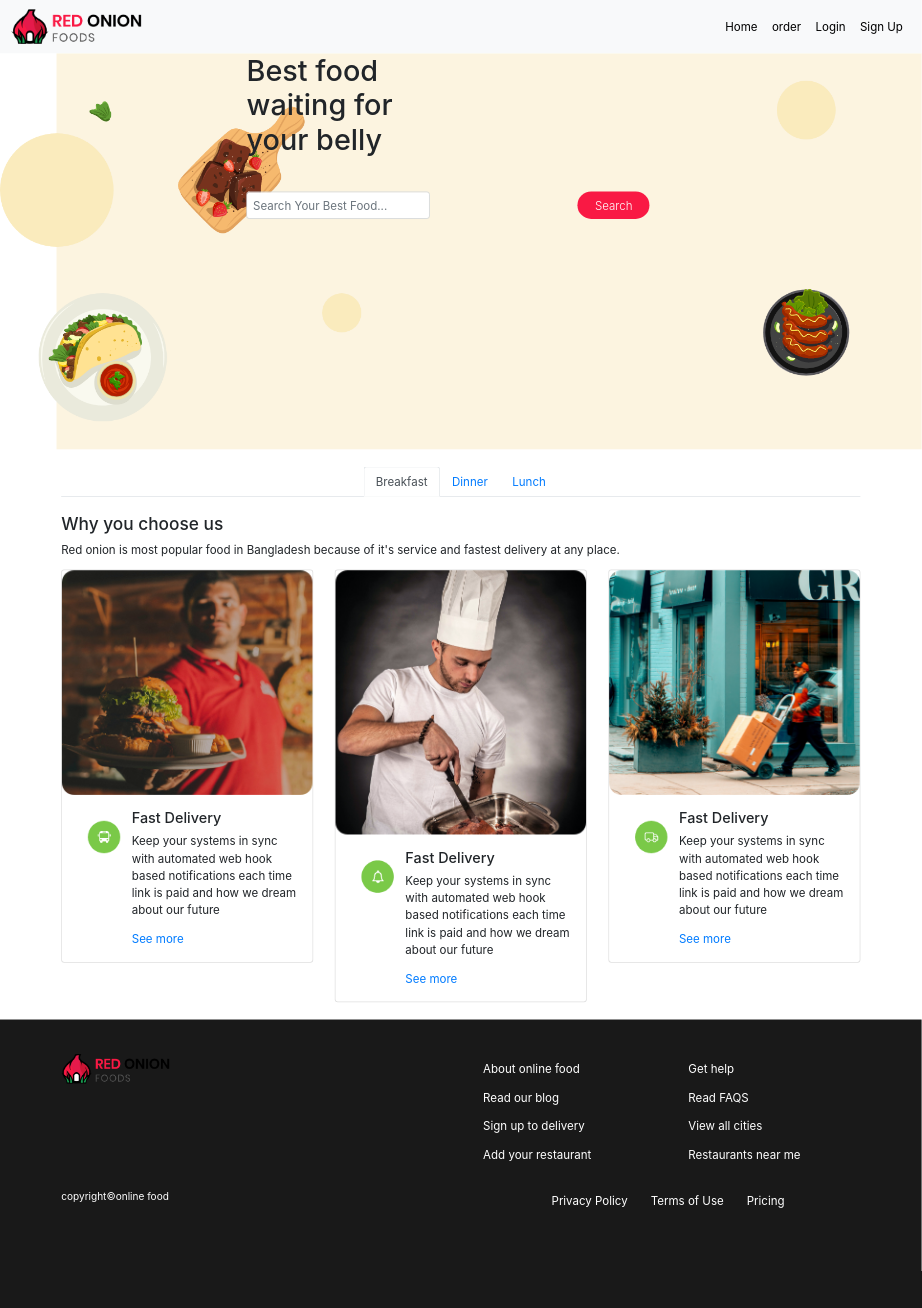
Repository: arif286/red-onion-client
Page: /
These files come from the project's save history. The page is drawn as it stood at one moment and after the next save; the edit follows.
The browser window is 1280 px wide. The pictures show the whole page, at 72% of full size.
The page's requests for data from a server got no answer. The project was rebuilt for these pictures with package versions that can differ from the ones it lists, and the page was loaded fresh each time. No one was signed in, and anything a server would have sent is missing. Also part of the build but not shown: src/App.css, src/components/CheckOut/CheckOut.css, src/components/CheckOut/CheckOutForm/CheckOutFrom.js, src/components/CheckOut/CheckOut.js, src/components/FoodDetails/FoodDetail.css, src/components/FoodDetails/FoodDetail.js, src/components/Food/FoodItem.js, src/components/LogIn/firebase.config.js and 7 more. Imported but missing from the stored project, and not drawn on this page: src/components/CheckOut/Map/Map.

Above is the page before, as saved 2021-04-07 02:06:47.

### public/index.html
<!DOCTYPE html>
<html lang="en">
  <head>
    <meta charset="utf-8" />
    <link rel="icon" href="%PUBLIC_URL%/favicon.ico" />
    <meta name="viewport" content="width=device-width, initial-scale=1" />
    <meta name="theme-color" content="#000000" />
    <meta
      name="description"
      content="Web site created using create-react-app"
    />
    <link rel="apple-touch-icon" href="%PUBLIC_URL%/logo192.png" />
    <!--
      manifest.json provides metadata used when your web app is installed on a
      user's mobile device or desktop. See https://developers.google.com/web/fundamentals/web-app-manifest/
    -->
    <link rel="manifest" href="%PUBLIC_URL%/manifest.json" />

    <!-- <link
      href="https://api.tiles.mapbox.com/mapbox-gl-js/v2.1.1/mapbox-gl.css"
      rel="stylesheet"
    /> -->
    <!--
      Notice the use of %PUBLIC_URL% in the tags above.
      It will be replaced with the URL of the `public` folder during the build.
      Only files inside the `public` folder can be referenced from the HTML.

      Unlike "/favicon.ico" or "favicon.ico", "%PUBLIC_URL%/favicon.ico" will
      work correctly both with client-side routing and a non-root public URL.
      Learn how to configure a non-root public URL by running `npm run build`.
    -->
    <title>Red Onion</title>
  </head>
  <body>
    <noscript>You need to enable JavaScript to run this app.</noscript>
    <div id="root"></div>
    <!--
      This HTML file is a template.
      If you open it directly in the browser, you will see an empty page.

      You can add webfonts, meta tags, or analytics to this file.
      The build step will place the bundled scripts into the <body> tag.

      To begin the development, run `npm start` or `yarn start`.
      To create a production bundle, use `npm run build` or `yarn build`.
    -->
  </body>
</html>

### src/App.js
import "bootstrap/dist/css/bootstrap.min.css";
import React, { createContext, useState } from "react";
import { BrowserRouter as Router, Route, Switch } from "react-router-dom";
import './App.css';
import CheckOut from "./components/CheckOut/CheckOut";
import Map from "./components/CheckOut/Map/Map";
import FoodDetail from "./components/FoodDetails/FoodDetail";
import Footer from "./components/Footer/Footer";
import Header from "./components/Header/Header";
import Home from './components/Home/Home';
import Login from "./components/LogIn/Login";
import Order from "./components/Order/Order";
import SingUp from "./components/SingUp/SingUp";


export const UserContext = createContext();
function App() {
  const [loggedInUser, setLoggedInUser] = useState({});
  return (
    <UserContext.Provider value={[loggedInUser, setLoggedInUser]}>
      <Router>
        <Header />
        <Switch>
          <Route path="/home">
            <Home />
          </Route>
          <Route path="/signUp">
            <SingUp />
          </Route>
          <Route path="/login">
            <Login />
          </Route>
          <Route path="/food/details/:foodId">
            <FoodDetail />
          </Route>
          <Route path='/checkOut'>
            <CheckOut/>
          </Route>
          <Route path='/order'>
            <Order/>
          </Route>
          <Route path='/map'>
            <Map/>
          </Route>
          <Route exact path="/">
            <Home/>
          </Route>
        </Switch>
        <Footer />
      </Router>
    </UserContext.Provider>
  );

}

export default App;

### src/components/Footer/Footer.js
import React from 'react';
import { NavLink } from 'react-bootstrap';
import Logo from '../../onion-restaurent/logo2.png';
import './Footer.css';

const Footer = () => {
    return (
      <footer>
        <div className="container">
          <div className="row pt-5">
            <div className="col-md-6 col-sm-12 pb-4">
              <img className="footer-img" src={Logo} alt="" />
            </div>
            <div className="col-md-3 col-sm-12 pb-4">
              <ul className="nav flex-column">
                <li className="nav-item">
                  <NavLink
                    className="nav-link active footer-link"
                    aria-current="page"
                    to="/"
                  >
                    About online food
                  </NavLink>
                </li>
                <li className="nav-item">
                  <NavLink className="nav-link footer-link" to="/">
                    Read our blog
                  </NavLink>
                </li>
                <li className="nav-item">
                  <NavLink className="nav-link footer-link" to="/">
                    Sign up to delivery
                  </NavLink>
                </li>
                <li className="nav-item">
                  <NavLink className="nav-link footer-link" to="/">
                    Add your restaurant
                  </NavLink>
                </li>
              </ul>
            </div>
            <div className="col-md-3 col-sm-12 pb-4">
              <ul className="nav flex-column">
                <li className="nav-item">
                  <NavLink
                    className="nav-link footer-link"
                    aria-current="page"
                    to="/"
                  >
                    Get help
                  </NavLink>
                </li>
                <li className="nav-item">
                  <NavLink className="nav-link footer-link" to="/">
                    Read FAQS
                  </NavLink>
                </li>
                <li className="nav-item">
                  <NavLink className="nav-link footer-link" to="/">
                    View all cities
                  </NavLink>
                </li>
                <li className="nav-item">
                  <NavLink className="nav-link footer-link" to="/">
                    Restaurants near me
                  </NavLink>
                </li>
              </ul>
            </div>
          </div>

          <div className="row">
            <div className="col-md-7">
              <p className='copy-right'>
                <small>
                  copyright<span>&#169;</span>online food
                </small>
              </p>
            </div>
            <div className="col-md-5">
              <div className='d-flex'>
                <NavLink className="footer-link">Privacy Policy</NavLink>
                <NavLink className="footer-link">Terms of Use</NavLink>
                <NavLink className="footer-link">Pricing</NavLink>
              </div>
            </div>
          </div>
        </div>
      </footer>
    );
};

export default Footer;

### src/components/Header/Header.js
import React from 'react';
import { Nav, Navbar } from 'react-bootstrap';
import { NavLink } from 'react-router-dom';
// import { NavLink } from "react-router-dom";
import logo from '../../onion-restaurent/logo2.png';
import './Header.css';
const Header = () => {

    return (
      <div>
        <Navbar bg="light" expand="lg">
          <Navbar.Brand href="#home">
            <img
              src={logo}
              width="180"
              className="d-inline-block align-top"
              alt="React Bootstrap logo"
            />
          </Navbar.Brand>
          <Navbar.Toggle aria-controls="basic-navbar-nav" />
          <Navbar.Collapse id="basic-navbar-nav">
            <Nav className="ml-auto">
              <NavLink className="header-link" to="/home">
                Home
              </NavLink>
              <NavLink className="header-link" to="/order">
                order
              </NavLink>
              <NavLink className="header-link" to="/login">
                Login
              </NavLink>
              <NavLink className="header-link" to="/signUp">
                Sign Up
              </NavLink>
            </Nav>
          </Navbar.Collapse>
        </Navbar>
      </div>
    );
};

export default Header;

### src/components/Home/Home.js
import React from 'react';
import DeliveryFood from '../DeliveryFood/DeliveryFood';
import Food from '../Food/Food';
import SearchBar from '../SearchBar/SearchBar';

const Home = () => {
    return (
      <>
        <SearchBar/>
        <Food />
        <DeliveryFood />
      </>
    );
};

export default Home;

### src/components/SearchBar/SearchBar.js
import React from 'react';
import { Col, Container, Row } from 'react-bootstrap';
import background from '../../onion-restaurent/bannerbackground.png';
import './SearchBar.css';


const SearchBar = () => {
    const searchBg = {
        bgImage: {
            backgroundImage: `url(${background})`,
            backgroundRepeat: 'no-repeat, repeat',
            width: '100%',
            height: '550px',
            backgroundSize: 'cover'
        },
        submitBtn: {

        },
        searchBar: {
            width: '50%'
        }
    }
    return (
      <div style={searchBg.bgImage}>
        <Container className="d-flex justify-content-center align-items-center">
          <Row>
            <Col md={6}>
              <h1>Best food waiting for your belly</h1>
              <div className="d-flex mt-5">
                <input
                  className="form-control searchBar"
                  type="text"
                  placeholder="Search Your Best Food..."
                />
                <input className="search-btn" type="submit" value="Search" />
              </div>
            </Col>
          </Row>
        </Container>
      </div>
    );
};

export default SearchBar;

### src/components/Footer/Footer.css
.footer-img {
  width: 150px;
}
footer {
  background-color: #191919;
  height: 400px;
}
.footer-link {
  color: white;
}
.footer-link:hover {
  color: #878787;
}
.copy-right {
  color: white;
}

### src/components/Header/Header.css
.header-link {
  color: black;
  display: inline-block;
  padding: 10px;
}
.header-link:hover {
  text-decoration: none;
  color: #777777;
}
.cart-btn {
  border: none;
  background: none;
}

### src/components/DeliveryFood/DeliveryFood.js
import React from 'react';
import { Link } from 'react-router-dom';
import notifications from '../../onion-restaurent/ICON/Group 1133.png';
import deliveryImg from '../../onion-restaurent/ICON/Group 204.png';
import car from '../../onion-restaurent/ICON/Group 245.png';
import burger from '../../onion-restaurent/Image/burger.png';
import cart from '../../onion-restaurent/Image/cart-bear.png';
import chefCook from '../../onion-restaurent/Image/chef-cook.png';


const DeliveryFood = () => {
    return (
      <div className="container mt-4">
        <div>
          <h4>Why you choose us</h4>
          <p>
            Red onion is most popular food in Bangladesh because of it's service
            and fastest delivery at any place.
          </p>
        </div>
        <div className="row row-cols-1 row-cols-md-3 g-4">
          <div className="col pb-4">
            <div className="card">
              <img src={burger} alt="" />
              <div className="d-flex card-body">
                <div className="p-3">
                  <img src={deliveryImg} alt="" />
                </div>
                <div>
                  <h5>Fast Delivery</h5>
                  <p>
                    Keep your systems in sync with automated web hook based
                    notifications each time link is paid and how we dream about
                    our future
                  </p>
                  <Link to='/'>See more</Link>
                </div>
              </div>
            </div>
          </div>
          <div className="col pb-4">
            <div className="card">
              <img src={chefCook} alt="" />
              <div className="d-flex card-body">
                <div className="p-3">
                  <img src={notifications} alt="" />
                </div>
                <div>
                  <h5>Fast Delivery</h5>
                  <p>
                    Keep your systems in sync with automated web hook based
                    notifications each time link is paid and how we dream about
                    our future
                  </p>
                  <Link>See more</Link>
                </div>
              </div>
            </div>
          </div>
          <div className='col pb-4'>
            <div className="card">
              <img src={cart} alt="" />
              <div className="d-flex card-body">
                <div className="p-3">
                  <img src={car} alt="" />
                </div>
                <div>
                  <h5>Fast Delivery</h5>
                  <p>
                    Keep your systems in sync with automated web hook based
                    notifications each time link is paid and how we dream about
                    our future
                  </p>
                  <Link>See more</Link>
                </div>
              </div>
            </div>
          </div>
        </div>
      </div>
    );
};

export default DeliveryFood;

### src/components/Food/Food.js

import axios from "axios";
import React, { useEffect, useState } from "react";
import { Tab, Tabs } from "react-bootstrap";
import { useHistory } from "react-router";
import "./Food.css";
import FoodItem from "./FoodItem";

const Food = () => {
  const [foods, setFoods] = useState([]);
  useEffect(() => {
    axios.get('http://localhost:5000/foods')
      .then(res => setFoods(res.data))
    .catch(err=>console.log(err))
  }, []);
  let history = useHistory()

  const handleFood = (id) => {
    history.push(`/food/details/${id}`)
  }

  return (
    <>
      <div className="container mt-4">
        <Tabs
          className="justify-content-center food-items"
          defaultActiveKey="breakfast"
          id="uncontrolled-tab-example"
        >
          <Tab eventKey="breakfast" title="Breakfast">
            <div className="row row-cols-1 row-cols-md-3 g-4">
              {foods.slice(0, 6).map((food) => (
                <FoodItem
                  handleFood={() => {
                    handleFood(food._id);
                  }}
                  food={food}
                  key={food.id}
                ></FoodItem>
              ))}
            </div>
          </Tab>
          <Tab eventKey="dinner" title="Dinner">
            <div className="row row-cols-1 row-cols-md-3 g-4">
              {foods.slice(6, 12).map((food) => (
                <FoodItem
                  handleFood={() => {
                    handleFood(food._id);
                  }}
                  food={food}
                  key={food.id}
                ></FoodItem>
              ))}
            </div>
          </Tab>
          <Tab eventKey="lunch" title="Lunch">
            <div className="row row-cols-1 row-cols-md-3 g-4">
              {foods.slice(12, 18).map((food) => (
                <FoodItem
                  handleFood={() => {
                    handleFood(food._id);
                  }}
                  food={food}
                  key={food.id}
                ></FoodItem>
              ))}
            </div>
          </Tab>
        </Tabs>
      </div>
    </>
  );
};

export default Food;

### src/components/SearchBar/SearchBar.css
.search-btn {
  outline: none;
  background-color: #f91944;
  display: inline-block;
  width: 100px;
  padding: 7px;
  border-radius: 50px;
  color: white;
  border: none;
  font-weight: 300;
  position: absolute;
  margin-left: 460px;
}
.searchBar {
  position: relative;
  width: 90%;
  padding: 8px;
}

### src/components/Food/Food.css
.food-items {
  margin-bottom: none;
}

Loaded but not shown: src/index.js (common file); src/index.css (common file); src/reportWebVitals.js (common file)

After the next save:
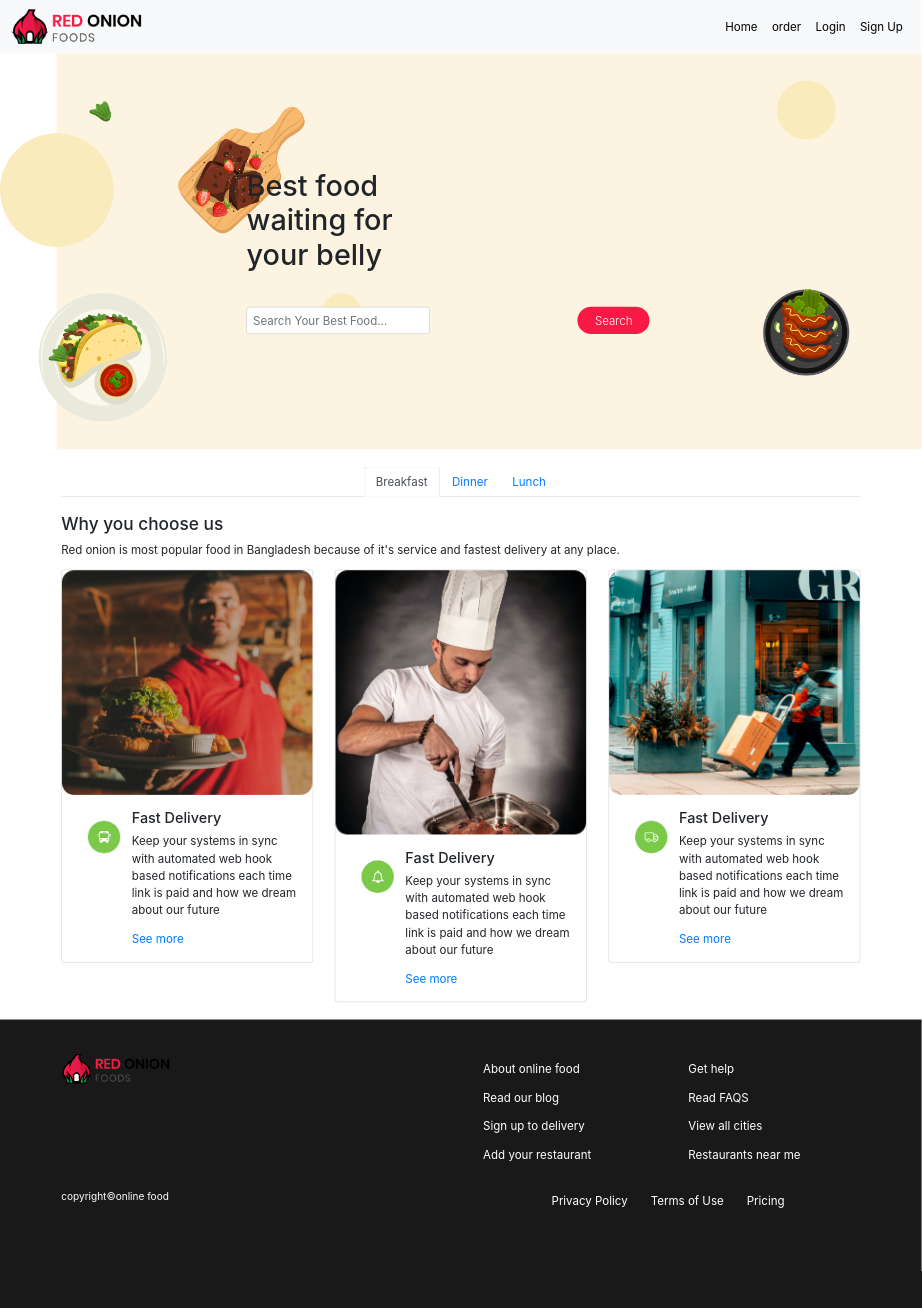
Saved 71 s later.
--- a/src/components/SearchBar/SearchBar.js
+++ b/src/components/SearchBar/SearchBar.js
@@ -1,5 +1,5 @@
 import React from 'react';
-import { Col, Container, Row } from 'react-bootstrap';
+import { Col, Row } from 'react-bootstrap';
 import background from '../../onion-restaurent/bannerbackground.png';
 import './SearchBar.css';
 
@@ -21,8 +21,10 @@ const SearchBar = () => {
         }
     }
     return (
-      <div style={searchBg.bgImage}>
-        <Container className="d-flex justify-content-center align-items-center">
+      <div
+        className="d-flex justify-content-center align-items-center"
+        style={searchBg.bgImage}
+      >
           <Row>
             <Col md={6}>
               <h1>Best food waiting for your belly</h1>
@@ -36,7 +38,6 @@ const SearchBar = () => {
               </div>
             </Col>
           </Row>
-        </Container>
       </div>
     );
 };
